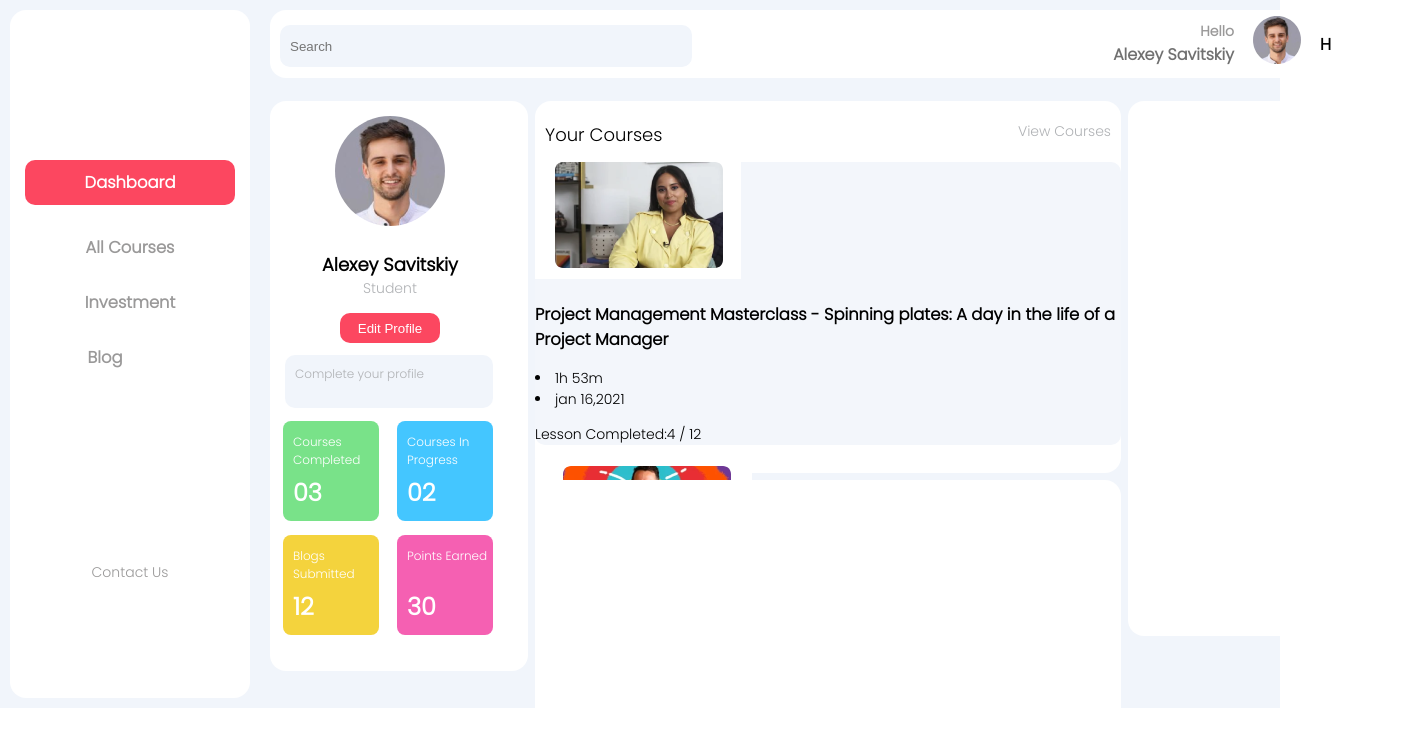
Repository: Anuruddha00/dashboard-design
Page: /
The author's editor kept a copy of each file at every save. The page is drawn from the files as they stood at one save, then again after the next save.
The browser window is 1280 px wide. The page is 1421 px wide, so the pictures cover 1421 px, including what lies to the right of the window. The pictures show the whole page.
The project was rebuilt for these pictures with package versions that can differ from the ones it lists, and the page was loaded fresh each time.

Above is the page before, as saved 2021-05-07 19:51:17.

After the next save:
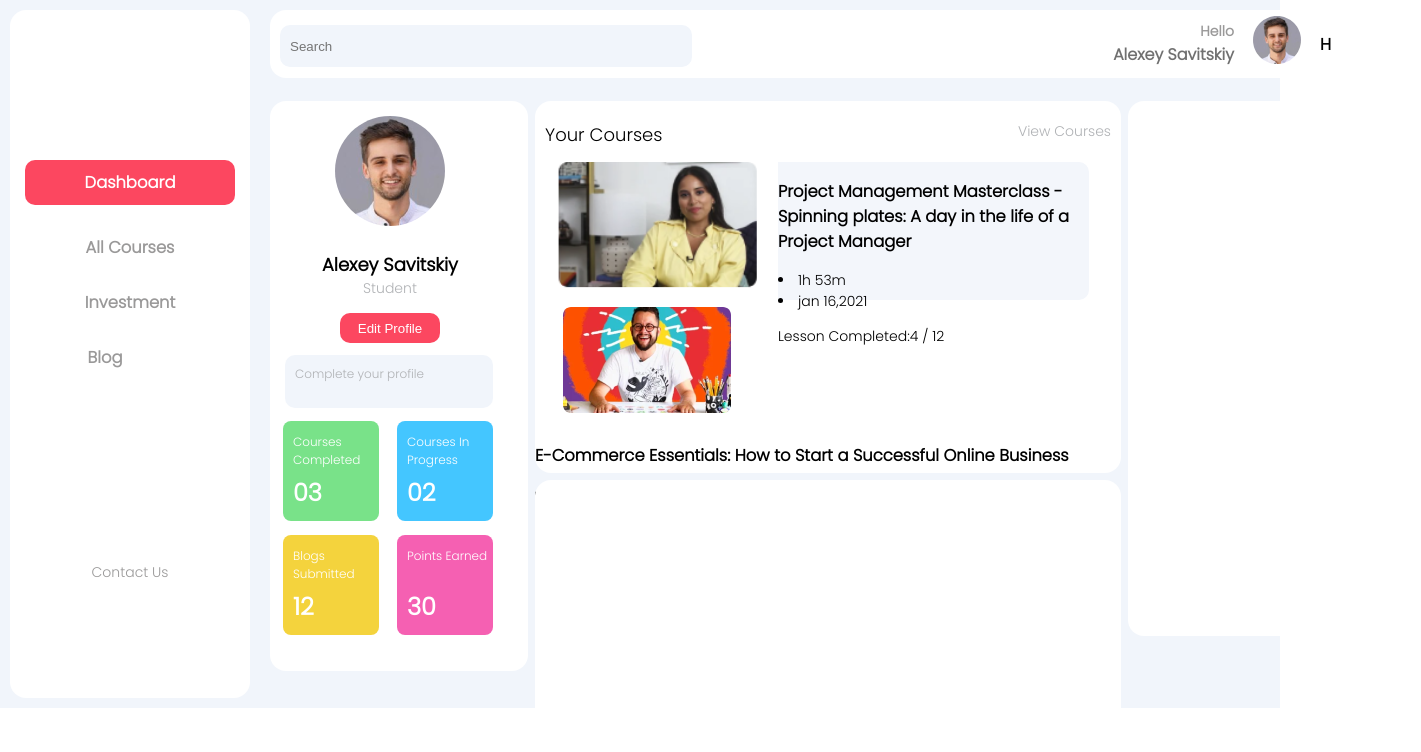
Saved 3 min 50 s later.
--- a/src/containers/Dashboard/Dashboard.scss
+++ b/src/containers/Dashboard/Dashboard.scss
@@ -278,6 +278,9 @@ body{
                                 &Management{
                                     background: #f3f6fb;
                                     border-radius: 10px;
+                                    width: 554px;
+                                    height: 138px;
+                                    display: flex;
                                 }
                             }
 
